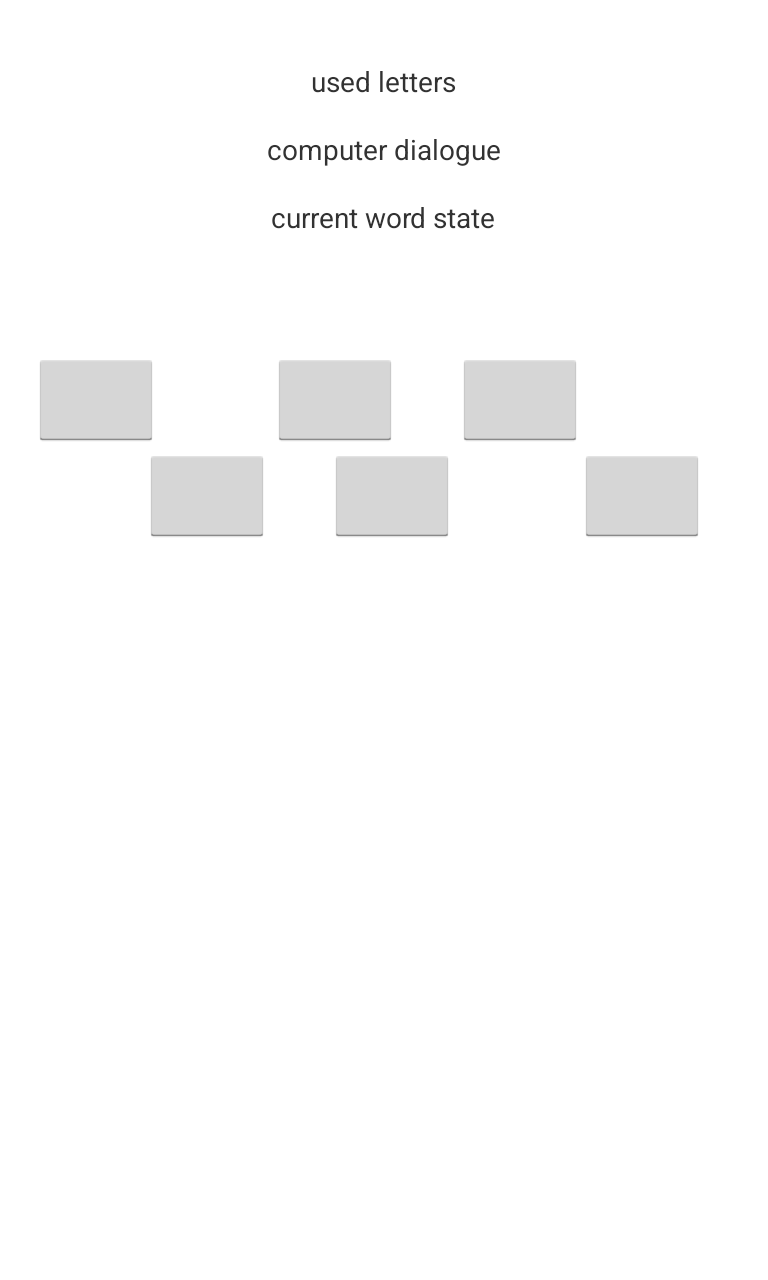
Repository: svandenhout/EvilSpaceMonsterHangman
Layout: evilSpaceMonsterHangman/res/layout/activity_main.xml
The author's editor kept a copy of each file at every save. The layout is drawn from the files as they stood at one save, then again after the next save.
It is drawn on a 768 x 1280 px phone screen (xhdpi) without system bars, with theme AppTheme; the app's code is not run.

Above is the layout before, as saved 2013-12-16 12:42:08.

After the next save:
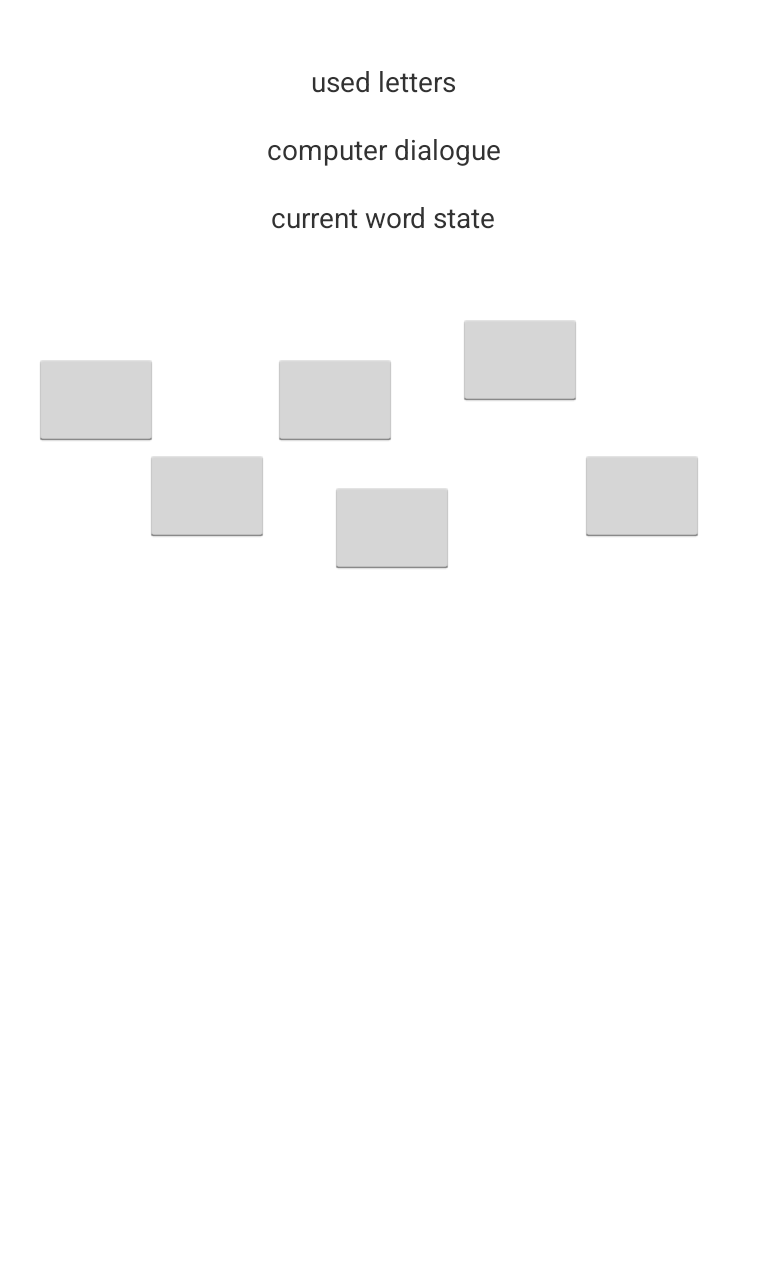
Saved 99 s later.
--- a/evilSpaceMonsterHangman/res/layout/activity_main.xml
+++ b/evilSpaceMonsterHangman/res/layout/activity_main.xml
@@ -61,14 +61,6 @@
         android:onClick="eyePress" />
 
     <Button
-        android:id="@+id/eye_1"
-        android:layout_width="wrap_content"
-        android:layout_height="wrap_content"
-        android:layout_above="@+id/eye_3"
-        android:layout_toRightOf="@+id/usedLetters"
-        android:onClick="eyePress" />
-
-    <Button
         android:id="@+id/eye_2"
         android:layout_width="wrap_content"
         android:layout_height="wrap_content"
@@ -81,9 +73,18 @@
         android:id="@+id/eye_3"
         android:layout_width="wrap_content"
         android:layout_height="wrap_content"
-        android:layout_alignBaseline="@+id/eye_5"
-        android:layout_alignBottom="@+id/eye_5"
+        android:layout_alignTop="@+id/eye_5"
+        android:layout_marginTop="16dp"
         android:layout_toLeftOf="@+id/eye_1"
         android:onClick="eyePress" />
 
+    <Button
+        android:id="@+id/eye_1"
+        android:layout_width="wrap_content"
+        android:layout_height="wrap_content"
+        android:layout_alignBottom="@+id/eye_4"
+        android:layout_marginBottom="20dp"
+        android:layout_toRightOf="@+id/usedLetters"
+        android:onClick="eyePress" />
+
 </RelativeLayout>
